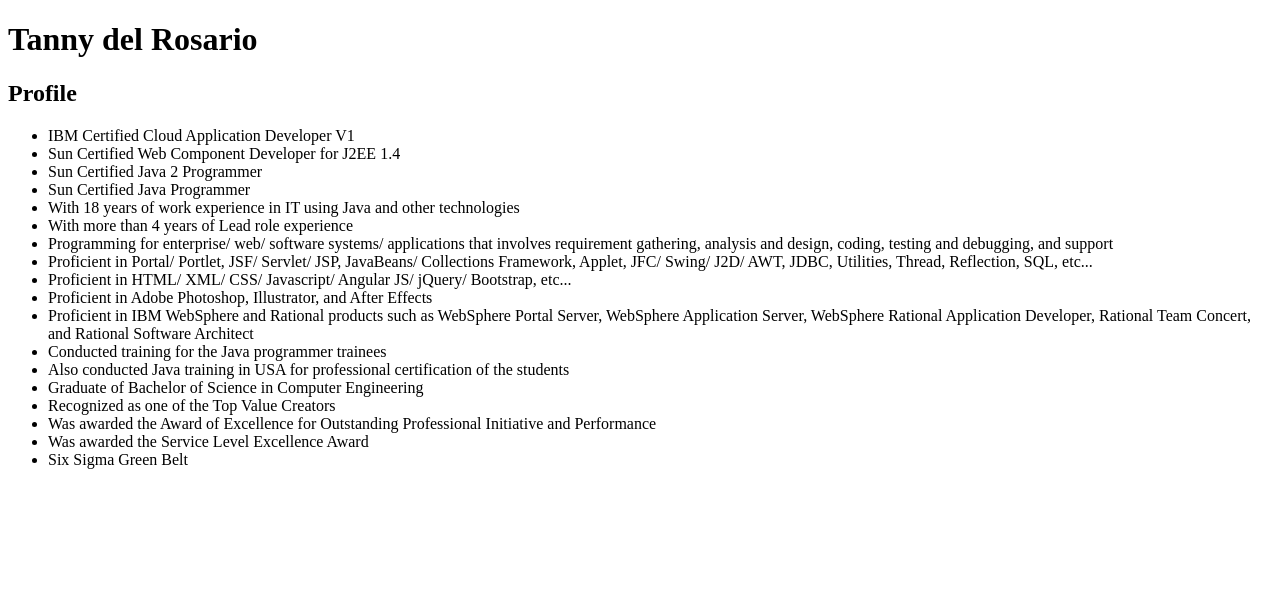
Repository: delrotf/tanny-del-rosario-resume
Page: workspace/tanny-del-rosario-resume.html
The author's editor kept a record of every edit. The page is drawn from the files as they stood at one moment, then again after the next edit.
The browser window is 1280 px wide. The pictures show the whole page.

Above is the page before.

After the next edit:
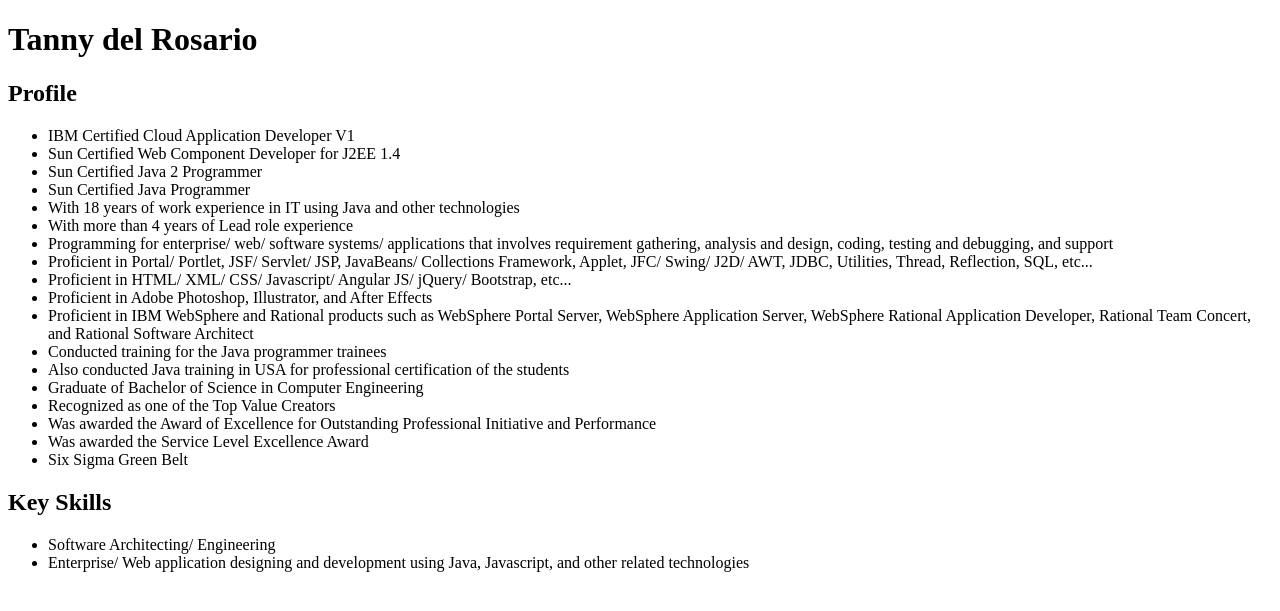
The edit:
--- a/workspace/tanny-del-rosario-resume.html
+++ b/workspace/tanny-del-rosario-resume.html
@@ -26,5 +26,10 @@
             <li>Was awarded the Service Level Excellence Award</li>
             <li>Six Sigma Green Belt</li>
         </ul>
+        <h2>Key Skills</h2>
+        <ul>
+            <li>Software Architecting/ Engineering</li>
+            <li>Enterprise/ Web application designing and development using Java, Javascript, and other related technologies</li>
+        </ul>
     </body>
 </html>
